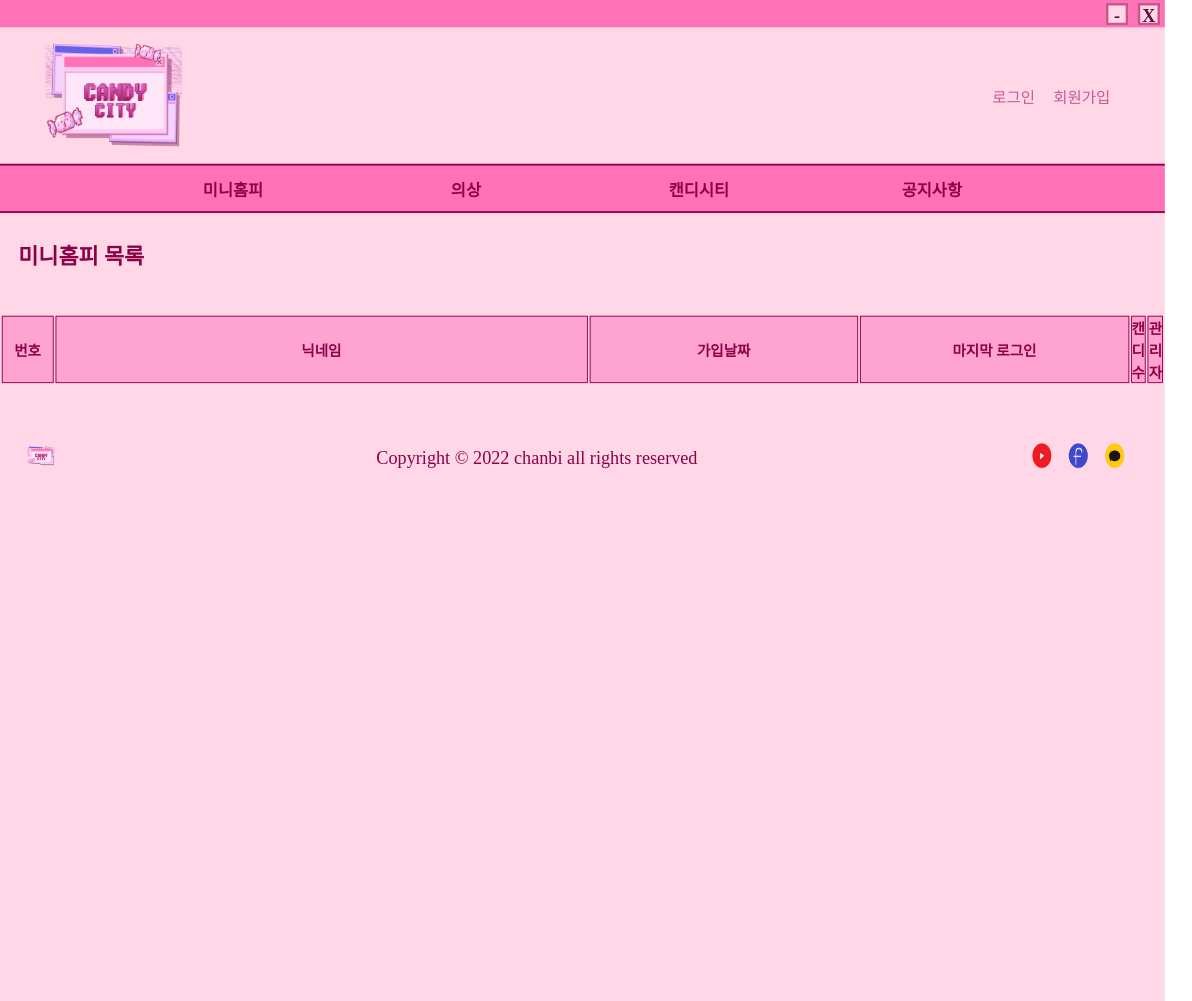
Repository: chanbiM/candyCityProject
Page: http://localhost/CandyCityProj/getUserList
The author's editor kept a copy of each file at every save. The page is drawn from the files as they stood at one save, then again after the next save.
The browser window is 1280 px wide. The page is 1310 px wide, so the pictures cover 1310 px, including what lies to the right of the window. The pictures show the whole page, at 91% of full size.
Some web fonts or font styles are not loaded; a fallback is used. The page is served by Tomcat 9. Other server files are loaded and not shown. Queries for data that is not in the repository find no rows.

Above is the page before, as saved 2022-11-20 05:03:12.

### CandyCityProj/WebContent/admin/memberList.jsp
<%@page import="java.util.ArrayList"%>
<%@page import="vo.MemberVO"%>
<%@ page language="java" contentType="text/html; charset=UTF-8"
    pageEncoding="UTF-8"%>
<%@ include file="/header.jsp"%>
<link rel="stylesheet" href="/css/homepiStyle.css">
<link rel="stylesheet" href="/css/postListStyle.css">

	<br>
<%
	ArrayList<MemberVO> homepiList = (ArrayList<MemberVO>)request.getAttribute("userList");
%>
	<!--미니홈피 목록-->
	<h2>미니홈피 목록</h2> <br>
			<table id="homepiList">
				<tr>
					<th class="number">
						번호
					</th>

					<th class="name">
						닉네임
					</th>

					<th class="joinDate">
						가입날짜
					</th>

					<th class="loginDate">
						마지막 로그인
					</th>
					<th class="candy">
						캔디수
					</th>
					<th class="manager">
						관리자
					</th>
				</tr>

				<%
					int num = 1;
					for(MemberVO data : homepiList) {
				%>
					<tr>
						<td>
							<a href="/GetHomepi?id=<%= data.getId() %>"><%= num %></a>
						</td>
						<td>
							<a href="/GetHomepi?id=<%= data.getId() %>"><%= data.getName() %></a>
						</td>
						<td>
							<a href="/GetHomepi?id=<%= data.getId() %>"><%= data.getJoinDate() %></a>
						</td>
						<td>
							<% if(data.getLoginDate() == null){ %>
								<a href="/GetHomepi?id=<%= data.getId() %>">로그인 한 적 없음</a>
							<% } else {%>
								<a href="/GetHomepi?id=<%= data.getId() %>"><%= data.getLoginDate() %></a>
							<% } %>
						</td>
						<td>
							<a href="/GetHomepi?id=<%= data.getId() %>"><%= data.getCandy() %></a>
						</td>
						<td>
							<a href="/GetHomepi?id=<%= data.getId() %>"><%= data.getManager() %></a>
						</td>
				</tr>
					<% num++; %>
				<% } %>


			</table>

<%@ include file="/footer.jsp"%>

### CandyCityProj/WebContent/header.jsp
<%@page import="vo.MemberVO"%>
<%@ page language="java" contentType="text/html; charset=UTF-8"
	pageEncoding="UTF-8"%>
<!DOCTYPE html>
<html>
<head>
<meta charset="UTF-8">
<title>Candy City</title>
<link rel="stylesheet" href="/css/mainStyle.css">
<script src="/js/jquery-3.1.1.min.js"></script>
</head>
<body>
	<div class="wrapper">
		<!-- 창 바 -->
		<div class="window">
			<button class="widow_btn" id="-_btn">-</button>
			<button class="widow_btn" id="x_btn">X</button>
		</div>

		<header>
			<!-- 로고 -->
			<div class="logo">
				<a href="/index.jsp"><img alt="로고" src="/images/logo.png"></a>
			</div>

			<!-- 기타 메뉴바 -->
			<div class="minimenu">

				<ul>
					<%
						MemberVO vo = (MemberVO) session.getAttribute("loginOK");
						if (vo == null) {
					%>
					<li><a href="/member/login.jsp">로그인</a></li>
					<li><a href="/member/insertMember.jsp">회원가입</a></li>
					<%
						} else {
					%>
					<li><a href="/member/myPage.jsp"><%=vo.getName()%>님</a></li>
					<li><a href="/logout"> 로그아웃 </a></li>
					<li><a href="/member/myPage.jsp">마이페이지</a></li>

					<%
						}
					%>
				</ul>

			</div>
		</header>

		<!-- 메뉴바 -->
		<nav>
			<ul class="mainmenu">
				<li><a href="/getHomepiList">미니홈피</a>
					<ul class="submenu">
					<%
						if (vo == null) {
					%>
						<li><a href="/member/login.jsp">내 미니홈피</a></li>
						<li><a href="/getHomepiList">미니홈피 목록</a></li>
					<%
						} else {
					%>

						<li><a href="/GetHomepi?id=<%= vo.getId() %>">내 미니홈피</a></li>
						<li><a href="/getHomepiList">미니홈피 목록</a></li>
					<%
						}
					%>
					</ul></li>

				<li><a href="#">의상</a>
					<ul class="submenu">
					<%
						if (vo == null) {
					%>
						<li><a href="/member/login.jsp">내 의상</a></li>
						<li><a href="/member/login.jsp">의상 상점</a></li>
						<li><a href="/member/login.jsp">의상 설정</a></li>
					<% } else {
					%>
						<li><a href="/getcCostumeList?id=<%= vo.getId() %>&name=<%= vo.getName() %>">내 의상</a></li>
						<li><a href="/getShopList?id=<%= vo.getId() %>">의상 상점</a></li>
						<li><a href="/characterSet">의상 설정</a></li>
					<%
					} %>
					</ul></li>

				<li><a href="#">캔디시티</a>
					<ul class="submenu">
					</ul></li>

				<li><a href="/getNoticeList?type=E">공지사항</a>
					<ul class="submenu">
						<li><a href="/getNoticeList?type=E">이벤트</a></li>
						<li><a href="/getNoticeList?type=N">공지사항</a></li>
						<li><a href="/getNoticeList?type=R">당첨자 발표</a></li>
					</ul></li>

				<%
					MemberVO adminVo = (MemberVO) session.getAttribute("manager");
					if (adminVo != null) {
				%>
				<li><a href="/member/memberList_admin.jsp">관리자용 메뉴</a>
					<ul class="submenu">
						<li><a href="#">유저 리스트</a></li>
						<!-- <li><a href="#">문의글 확인</a></li>
						<li><a href="#">신고글 확인</a></li> -->
						<li><a href="/admin/noticeInsert.jsp">공지사항/이벤트 작성</a></li>
					</ul></li>
			<%
				}
			%>
			</ul>

		</nav>

### CandyCityProj/WebContent/footer.jsp
<%@ page language="java" contentType="text/html; charset=UTF-8"
    pageEncoding="UTF-8"%>
        <!-- 푸터 영역 -->
        <footer>
            <!-- 하단로고 -->
            <div>
                <a href="/index.jsp" class="logo">
                    <img src="/images/logo.png" alt="로고" >
                </a>
            </div>
            <!-- 카피라이트 -->
            <div class="copyright">
                <p> Copyright &copy; 2022 chanbi all rights reserved</p>
            </div>
            <!-- SNS -->
            <div>
                <ul class="sns">
                    <li><a href="https://www.youtube.com/@rorochanbi"><img src="/images/youtube.png" alt="유튜브" height="40"></a></li>
                    <li><a href="#"><img src="/images/facebook.png" alt="페이스북" height="40"></a></li>
                    <li><a href="https://open.kakao.com/o/s1olGebe"><img src="/images/kakao.png" alt="카카오톡" height="40"></a></li>
                </ul>
            </div>
        </footer>
    </div>
	<script src="/js/script.js"></script>
</body>
</html>

### CandyCityProj/src/controller/GetUserListController.java
package controller;

import java.io.IOException;
import java.io.PrintWriter;
import java.util.ArrayList;

import javax.servlet.ServletException;
import javax.servlet.annotation.WebServlet;
import javax.servlet.http.HttpServlet;
import javax.servlet.http.HttpServletRequest;
import javax.servlet.http.HttpServletResponse;

import dao.MemberDAO;
import dao.adminDAO;
import vo.MemberVO;

@WebServlet("/getUserList")
public class GetUserListController extends HttpServlet {
	private static final long serialVersionUID = 1L;

    public GetUserListController() {
        super();
        // TODO Auto-generated constructor stub
    }

	protected void doGet(HttpServletRequest request, HttpServletResponse response) throws ServletException, IOException {
		response.setContentType("text/html; charset=UTF-8");
		request.setCharacterEncoding("UTF-8");
		PrintWriter out = response.getWriter();
		adminDAO dao = new adminDAO();
		ArrayList<MemberVO> userList = dao.getMemberList();

		request.setAttribute("userList", userList);
		request.getRequestDispatcher("/admin/memberList.jsp").forward(request, response);
	}

	protected void doPost(HttpServletRequest request, HttpServletResponse response) throws ServletException, IOException {
		// TODO Auto-generated method stub
		doGet(request, response);
	}

}

### CandyCityProj/src/dao/adminDAO.java
package dao;

import java.sql.Connection;
import java.sql.PreparedStatement;
import java.sql.ResultSet;
import java.sql.SQLException;
import java.util.ArrayList;

import common.JdbcUtill;
import vo.MemberVO;
import vo.NoticeVO;
import vo.PostVO;

public class adminDAO {
	//공지사항 작성
	public int insertNotice(NoticeVO vo, MemberVO memberVo) {
		int n = 0;

		Connection conn = null;
		PreparedStatement pstmt = null;
		String sql = "insert into manager_notice values('notice-'||notice_seq.nextval,?,?,?,?,NULL,SYSDATE)";

		conn = JdbcUtill.getConnection();

		try {
			pstmt = conn.prepareStatement(sql);

			pstmt.setString(1, memberVo.getId());
			pstmt.setString(2, vo.getType());
			pstmt.setString(3, vo.getTitle());
			pstmt.setString(4, vo.getContents());

			n = pstmt.executeUpdate();

		} catch (SQLException e) {
			e.printStackTrace();
		} finally {
			JdbcUtill.close(conn, pstmt);
		}

		return n;
	}

	//이벤트 게시글 조회
	public ArrayList<NoticeVO> getNoticeList(String type) {
		ArrayList<NoticeVO> list = new ArrayList<NoticeVO>();
		Connection conn = null;
		PreparedStatement pstmt = null;
		ResultSet rs = null;
		String sql = "select * from manager_notice where type=? ORDER BY notice_code desc";

		try {
			conn = JdbcUtill.getConnection();
			pstmt = conn.prepareStatement(sql);
			pstmt.setString(1, type);
			rs = pstmt.executeQuery();

			while (rs.next()) {
				NoticeVO vo = new NoticeVO();
				vo.setNoticeCode(rs.getString("notice_code"));
				vo.setId(rs.getString("id"));
				vo.setType(rs.getString("type"));
				vo.setTitle(rs.getString("title"));
				vo.setContents(rs.getString("contents"));
				vo.setEndO(rs.getString("end_o"));
				vo.setWriteDate(rs.getDate("write_date"));

				list.add(vo);
			}

		} catch (SQLException e) {
			e.printStackTrace();
			System.out.println("테이블 데이터 조회 실패");
		} finally {
			 JdbcUtill.close(conn, pstmt, rs);
		}
		return list;
	}

	//공지사항 내용 조회
	public NoticeVO getNoticeInfo(String noticeCode) {
		Connection conn = null;
		PreparedStatement pstmt = null;
		ResultSet rs = null;
		String sql = "select * from manager_notice where notice_code=?";
		NoticeVO result = new NoticeVO();

		conn = JdbcUtill.getConnection();
		try {
			pstmt = conn.prepareStatement(sql);
			pstmt.setString(1, noticeCode);

			rs = pstmt.executeQuery();

			if(rs.next()) {
				result.setNoticeCode(rs.getString("notice_code"));
				result.setId(rs.getString("id"));
				result.setType(rs.getString("type"));
				result.setTitle(rs.getString("title"));
				result.setContents(rs.getString("contents"));
				result.setEndO(rs.getString("end_o"));
				result.setWriteDate(rs.getDate("write_date"));
			}

		} catch (Exception e) {
			e.printStackTrace();
		} finally {
			JdbcUtill.close(conn, pstmt, rs);
		}

		return result;
	}

	//공지사항 인덱스에 몇개만 출력
	public ArrayList<NoticeVO> getNoticeIndex(String type) {
		ArrayList<NoticeVO> list = new ArrayList<NoticeVO>();
		Connection conn = null;
		PreparedStatement pstmt = null;
		ResultSet rs = null;
		String sql = "select ROWNUM, a.* from (SELECT * FROM manager_notice where type=? AND end_o IS null ORDER BY notice_code desc) a where ROWNUM <=9";

		try {
			conn = JdbcUtill.getConnection();
			pstmt = conn.prepareStatement(sql);
			pstmt.setString(1, type);
			rs = pstmt.executeQuery();

			while (rs.next()) {
				NoticeVO vo = new NoticeVO();
				vo.setNoticeCode(rs.getString("notice_code"));
				vo.setType(rs.getString("type"));
				vo.setTitle(rs.getString("title"));
				vo.setEndO(rs.getString("end_o"));

				list.add(vo);
			}

		} catch (SQLException e) {
			e.printStackTrace();
			System.out.println("테이블 데이터 조회 실패");
		} finally {
			 JdbcUtill.close(conn, pstmt, rs);
		}
		return list;
	}

	public int updateEnd(String noticeCode) {
		int n = 0;
		Connection conn = null;
		PreparedStatement pstmt = null;
		String sql = "update manager_notice set end_o='O' where notice_code=?";

		try {
			conn = JdbcUtill.getConnection();
			pstmt = conn.prepareStatement(sql);
			pstmt.setString(1, noticeCode);

			n = pstmt.executeUpdate();
		} catch (Exception e) {
			e.printStackTrace();
		} finally {
			JdbcUtill.close(conn, pstmt);
		}
		return n;
	}

	//멤버리스트
	public ArrayList<MemberVO> getMemberList() {
		ArrayList<MemberVO> list = new ArrayList<MemberVO>();
		Connection conn = null;
		PreparedStatement pstmt = null;
		ResultSet rs = null;
		String sql = "select * from member ORDER BY name asc";

		try {
			conn = JdbcUtill.getConnection();
			pstmt = conn.prepareStatement(sql);

			rs = pstmt.executeQuery();

			while (rs.next()) {
				MemberVO vo = new MemberVO();
				vo.setId(rs.getString("id"));
				vo.setName(rs.getString("name"));
				vo.setJoinDate(rs.getDate("join_date"));
				vo.setLoginDate(rs.getDate("login_date"));
				vo.setCandy(rs.getInt("candy"));
				vo.setPostNum(rs.getInt("post_num"));
				vo.setCommentNum(rs.getInt("comment_num"));
				vo.setManager(rs.getString("manager"));

				list.add(vo);
			}

		} catch (SQLException e) {
			e.printStackTrace();
			System.out.println("테이블 데이터 조회 실패");
		} finally {
			 JdbcUtill.close(conn, pstmt, rs);
		}
		return list;
	}
}

### CandyCityProj/src/common/JdbcUtill.java
package common;

import java.sql.Connection;
import java.sql.DriverManager;
import java.sql.PreparedStatement;
import java.sql.ResultSet;

public class JdbcUtill {
	public static Connection getConnection() {
		Connection conn = null;

		try {
			Class.forName("oracle.jdbc.driver.OracleDriver");
			conn = DriverManager.getConnection("jdbc:oracle:thin:@localhost:1521:xe", "hr", "hr");
		} catch (Exception e) {
			System.out.println("DB 연결 실패");
			e.printStackTrace();
		}
		return conn;
	}

	public static void close(Connection conn, PreparedStatement pstmt) {
		if (pstmt!= null) {
			try {
				pstmt.close();
			} catch (Exception e) {
				// TODO: handle exception
				System.out.println("pstmt.close() 실패");
			}
		}

		if(conn != null) {
			try {
				conn.close();
			} catch (Exception e) {
				// TODO: handle exception
				System.out.println("conn.close() 실패");
				e.printStackTrace();
			}
		}
	}

	public static void close(Connection conn, PreparedStatement pstmt, ResultSet rs) {
		if(rs != null) {
			try {
				rs.close();
			} catch (Exception e) {
				// TODO: handle exception
				System.out.println("rs.close() ����");
				e.printStackTrace();
			}
		}
		close(conn, pstmt);
	}


}

### CandyCityProj/WebContent/css/homepiStyle.css
body {
    -ms-overflow-style: none;
}

a:hover {
	cursor: pointer;
}
body::-webkit-scrollbar {
    display: none;
}
.wrapper {
	min-height: 1100px;
}

.member_info {
    width: 95%;
    background-color: #fecddd;
    height: 150px;
    margin: auto;
    padding: 20px;
}

.member_info li{
	height: 100%;
}
.member_info ul {
    display: flex;
    justify-content: space-evenly;
    align-items: center;
    height: 100%;
}

.profile_char img{
    width: 150px;
    height: 150px;
    background-color: rgb(164, 111, 130);
    border-radius: 20px;
}

.info {
    width: 800px;
}

#homepi_info {
    width: 150px;
    height: 40px;
    margin-top: 100px;
    background-color: #ca6497;
    color: #fff1f1;
    border: 2px #9a4f74 solid;
    border-radius: 5px;
}

#homepi_info:hover {
    background-color: #943464;
    color: #d5c8c8;
    cursor: pointer;
    transition: background-color 0.2s, color 0.2s;
}

input:focus {outline: none;}

input::placeholder {
    color: #7e3b5d;
}

.character_info {
    float: left;
    width: 300px;
    background-color: #fecddd;
    height: 470px;
    margin: 15px;
    padding: 20px;
    text-align: center;
}

.info_character {
    width: 280px;
    border-radius: 20px;
    height: 350px;
    display: flex;
    margin: auto;
    margin-bottom: 5px;
}

.info_character img {
	width: 300px;
	height: 400px;
	position: absolute;
}

#post_btn {
    width: 250px;
    height: 40px;
    margin-bottom: 10px;
    background-color: #ca6497;
    color: #fff1f1;
    border: 2px #9a4f74 solid;
    border-radius: 5px;
}
#post_btn:hover {
    background-color: #943464;
    color: #d5c8c8;
    cursor: pointer;
    transition: background-color 0.2s, color 0.2s;
}

.post_search {
    margin: 15px;

}

input[type="text"]{
   width: 65%;
   height: 50px;

    font-size: 25px;
    padding-left: 5px;
    /*border: #811b4e 2px solid;*/
    border: 2px solid #943464;
    background-color: rgb(255, 255, 255);
  }

  input[type="submit"]{
    width: 5%;
    height: 56px;
    background-color: #ca6497;
    color: #fff1f1;
    border: 2px #9a4f74 solid;
  }
  input[type="submit"]:hover {
    background-color: #943464;
    color: #d5c8c8;
    cursor: pointer;
    transition: background-color 0.2s, color 0.2s;
}

.representative_post {
    border: 2px solid #943464;

    width: 66%;
    height: 750px;
    display: inline-block;
    padding: 20px;
}
#post_content {
    height: 370px;
}
#post_list {
    display: flex;
    align-items: flex-end;
    justify-content: flex-end;
}
#post_list button{
    background-color: #ca6497;
    color: #fff1f1;
    border: 2px #9a4f74 solid;
    width: 200px;
    height: 40px;
}



#post_list button:hover {
    background-color: #943464;
    color: #d5c8c8;
    cursor: pointer;
    transition: background-color 0.2s, color 0.2s;
}

hr {
    width: 100%;
    text-align: center;
    margin: auto;

	height : 1px;
    border: 0;
	background-color : #811b4e;
}

.post {
    border: 2px solid #943464;

    width: 66%;
    height: 750px;
    display: inline-block;
    padding: 20px;
}

.title {
	margin: 0px;
}

.notice {
	border: 2px solid #943464;

    width: 1180px;
    height: 750px;
    padding: 20px;
    margin: 30px;
}

#notice_content {
	height: 600px;
}

#notice_list {
    display: flex;
    justify-content: flex-end;
    margin-right: 30px;
}
#notice_list button{
    background-color: #ca6497;
    color: #fff1f1;
    border: 2px #9a4f74 solid;
    width: 200px;
    height: 40px;
}

.head {
	z-index: 60;
}

.eyes {
	z-index: 59;
}

.body {
	z-index: 61;
}

.shoes {
	z-index: 58;
}

.character {
	z-index: 50;

}

### CandyCityProj/WebContent/css/postListStyle.css
#post_list {
    width: 900px;
    display: flex;
    justify-content: center;

}

th {
	background-color: #ffa4d1;
}


td, th, tr {
	text-align: center;
    border: 1px solid;
    height: 40px;
    overflow: hidden;
}

.number {
    width: 70px;
}

.title {
    width: 700px;
}
.date {
	width: 300px;
}
.end {
	width: 250px;
}
.type {
    width: 80px;
}

.name {
	width: 800px;
}

.joinDate {
	width: 400px;
}

.loginDate {
	width: 400px;
}

.buttonBox {
	width: 100%;
    display: flex;
    justify-content: flex-end;

}

.listBtn {
	margin-right: 10px;
	margin-bottom: 20px;
	width: 250px;
    height: 40px;
    margin-bottom: 10px;
    background-color: #f499c5;
    border: 2px #9a4f74 solid;
    border-radius: 5px;
}

.listBtn:hover {
    background-color: #943464;
    color: #d5c8c8;
    cursor: pointer;
    transition: background-color 0.2s, color 0.2s;
}

h2 {
	margin-left: 20px;
	margin-top: 10px;
}

.homepiList {
	margin: auto;

}

Loaded but not shown: CandyCityProj/WebContent/js/jquery-3.1.1.min.js (library); CandyCityProj/WebContent/js/script.js (84 lines, source omitted); CandyCityProj/WebContent/css/mainStyle.css (514 lines, source omitted)

After the next save:
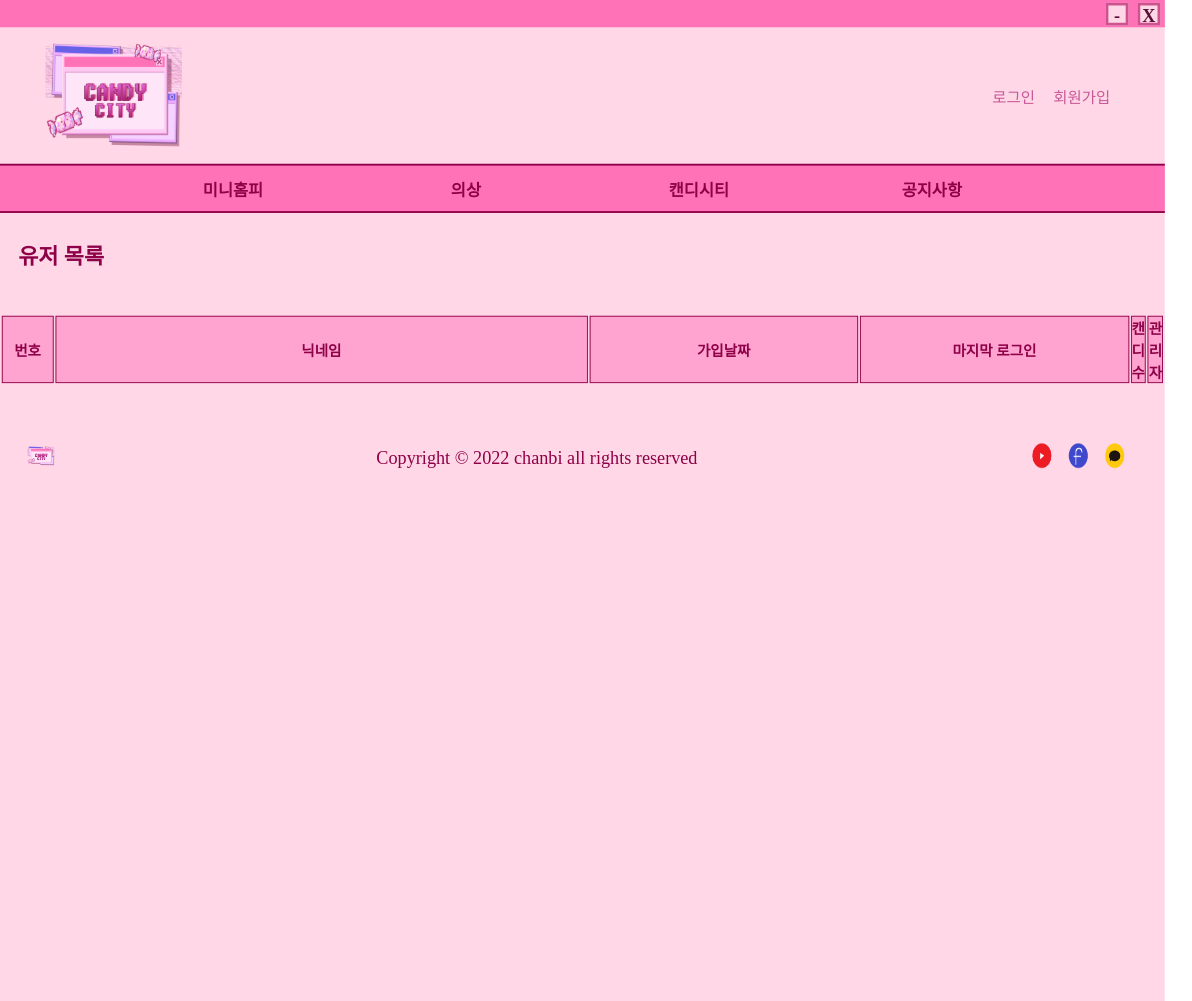
Saved 14 s later.
--- a/CandyCityProj/WebContent/admin/memberList.jsp
+++ b/CandyCityProj/WebContent/admin/memberList.jsp
@@ -10,8 +10,8 @@
 <%
 	ArrayList<MemberVO> homepiList = (ArrayList<MemberVO>)request.getAttribute("userList");
 %>
-	<!--미니홈피 목록-->
-	<h2>미니홈피 목록</h2> <br>
+	<!--유저 목록-->
+	<h2>유저 목록</h2> <br>
 			<table id="homepiList">
 				<tr>
 					<th class="number">
